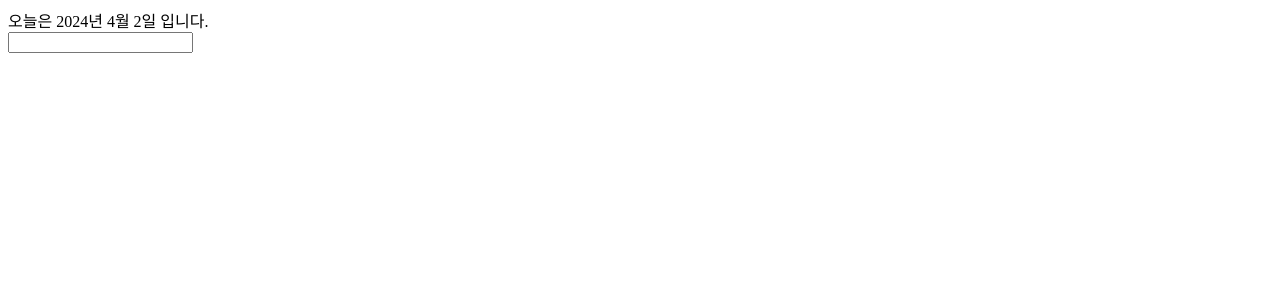
Repository: lopanghub/git_study
Page: http://localhost/JSPClassCh02/today.jsp
The author's editor kept a copy of each file at every save. The page is drawn from the files as they stood at one save, then again after the next save.
The browser window is 1280 px wide. The pictures show the whole page.
The page is served by Tomcat 9. Other server files are loaded and not shown.

Above is the page before, as saved 2024-04-02 02:36:50.

### JSPStudy/JSPClassCh02/src/main/webapp/today.jsp
<%@page import="java.util.Calendar"%>
<%@ page language="java" contentType="text/html; charset=UTF-8"
    pageEncoding="UTF-8"%>

    <%
    	//스크립툴릿 -자바코드 작성하는 곳
    	Calendar today = Calendar.getInstance();
    %>


<!DOCTYPE html>
<html>
<head>
<meta charset="UTF-8">
<title>Insert title here</title>
</head>
<body>
	오늘은 <%=today.get(Calendar.YEAR) %>년
	<%=today.get(Calendar.MONTH) +1%>월
	<%=today.get(Calendar.DAY_OF_MONTH) %>일 입니다.

	<form action="today" method="post">
		<input type="text" name="id">
	</form>
</body>
</html>

After the next save:
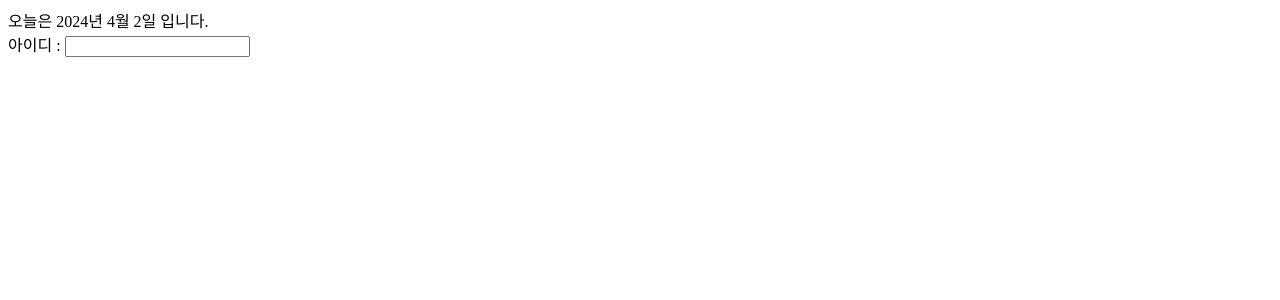
Saved 11 s later.
--- a/JSPStudy/JSPClassCh02/src/main/webapp/today.jsp
+++ b/JSPStudy/JSPClassCh02/src/main/webapp/today.jsp
@@ -20,7 +20,7 @@
 	<%=today.get(Calendar.DAY_OF_MONTH) %>일 입니다.
 
 	<form action="today" method="post">
-		<input type="text" name="id">
+		아이디 : <input type="text" name="id">
 	</form>
 </body>
 </html>
